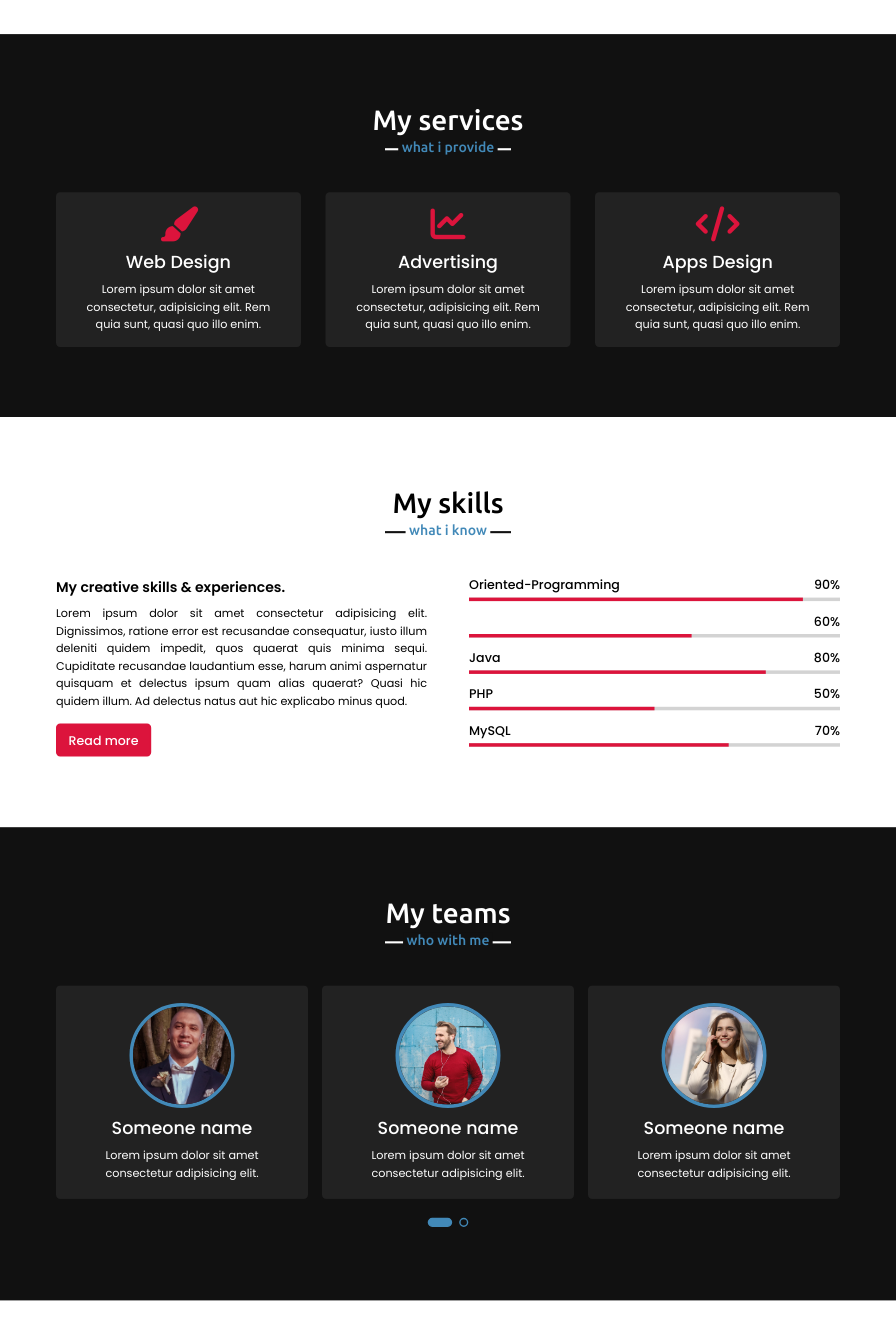
Repository: deividwsantoss/portfolio
Page: index.html
The author's editor kept a copy of each file at every save. The page is drawn from the files as they stood at one save, then again after the next save.
The browser window is 1280 px wide. The pictures show the part of the page from y = 1404 to 3324 px (the page is 3973 px tall), at 70% of full size.
Some web libraries are served in a nearby version.

Above is the page before, as saved 2021-03-02 08:20:50.

After the next save:
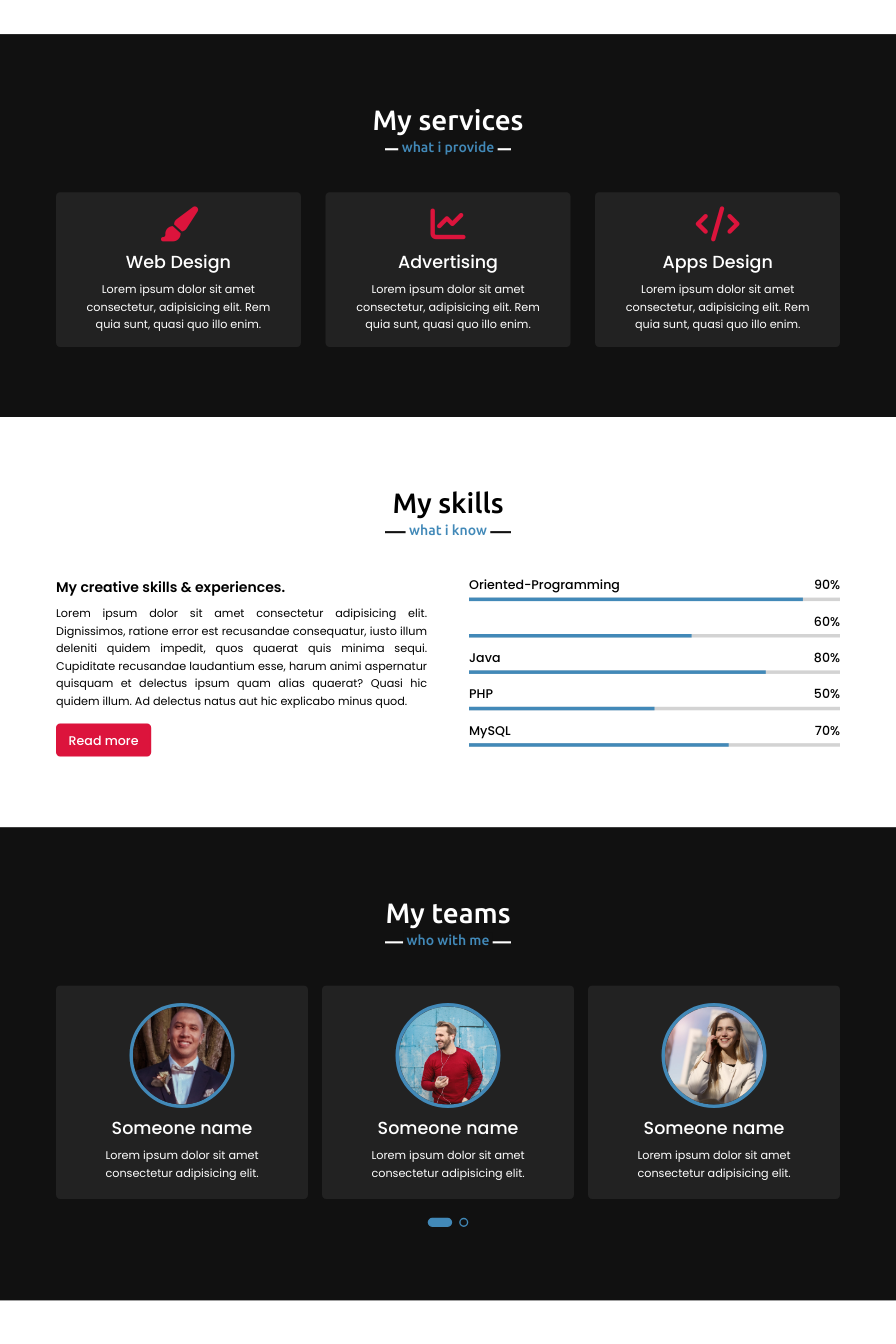
Saved 5 s later.
--- a/Content/style.css
+++ b/Content/style.css
@@ -355,7 +355,7 @@ section .title::after{
     height: 100%;
     left: 0;
     top: 0;
-    background: crimson;
+    background: rgb(66, 137, 184);
 }
 .skills-content .right .html::before{
     width: 90%;
